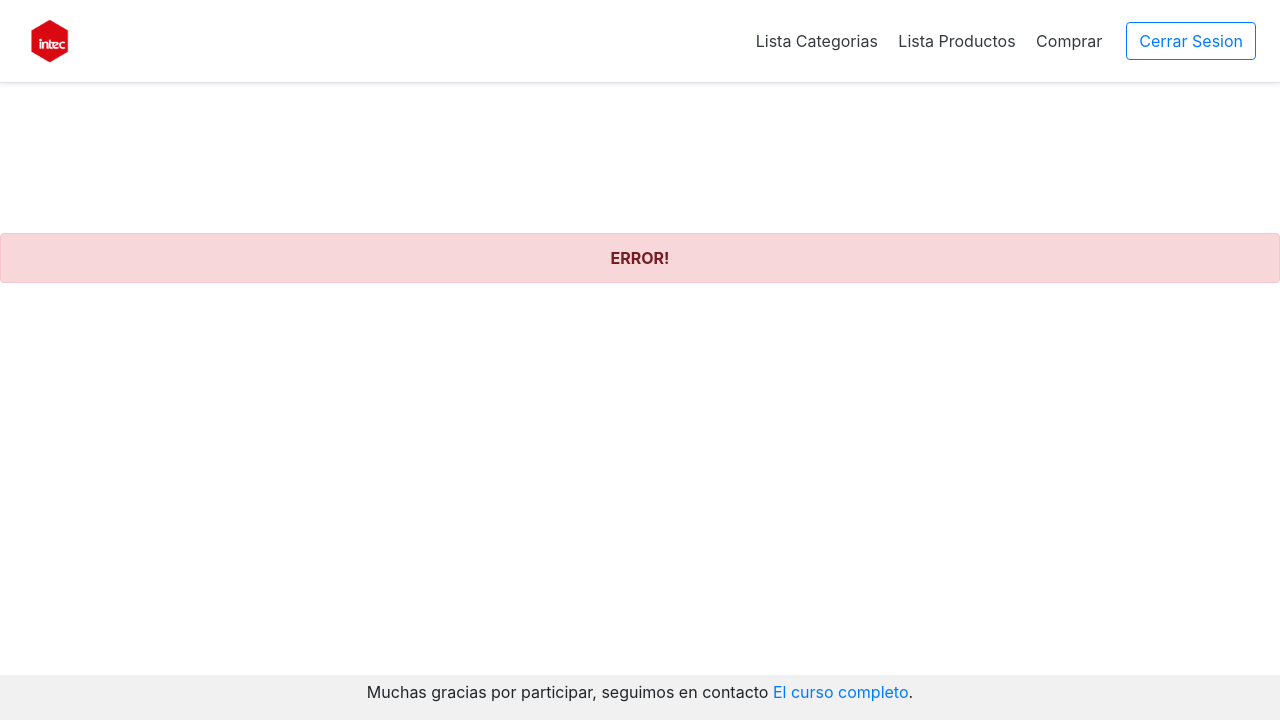
Repository: resttechsolutions/onlineStore
Page: home.html
These files come from the project's save history. The page is drawn as it stood at one moment and after the next save; the edit follows.
The browser window is 1280 px wide. The pictures show the whole page.

Above is the page before, as saved 2020-09-05 18:29:11.

### home.html
<!DOCTYPE html>
<html lang="en">
<head>
    <meta charset="UTF-8">
    <meta name="viewport" content="width=device-width, initial-scale=1.0">
    <title>HomePage</title>
    <link rel="stylesheet" href="Assets/Lib/Bootstrap/css/bootstrap.css">
    <link rel="stylesheet" href="Assets/Css/home.css">
</head>
<body>
    <div class="d-flex flex-column flex-md-row align-items-center p-3 px-md-4 mb-3 bg-white border-bottom shadow-sm">
        <h5 class="my-0 mr-md-auto font-weight-normal">
            <img src="Assets/Img/logo-intec.jpg" style="height:50px" alt="Avatar" class="avatar">
        </h5>
        <nav class="my-2 my-md-0 mr-md-3">
            <a class="p-2 text-dark" href="#">Lista Categorias</a>
            <a class="p-2 text-dark" href="#">Lista Productos</a>
            <a class="p-2 text-dark" href="#">Comprar</a>

        </nav>
        <a id="btn-cerrarSesion" class="btn btn-outline-primary" href="#">Cerrar Sesion</a>
    </div>

    <main role="main" class="text-center">
        <div id="divError" style="display: none" class="alert"></div>
        <div id="PageOk">
            <h1 class="cover-heading">Diplomado Páginas Web: HTML, CSS y JavaScript</h1>
            <p>Practica final de implementación de conocimientos adquiridos.</p>
            <p class="lead">
                <a href="#" class="btn btn-lg btn-success">Ver mas</a>
            </p>
        </div>
    </main>
    <footer>
        <p>Muchas gracias por participar, seguimos en contacto <a href="#">El curso completo</a>.</p>
    </footer>

    <script src="Assets/Lib/jQuery/jquery-3.5.1.min.js"></script>
    <script src="Assets/Js/home.js"></script>
</body>
</html>

### Assets/Css/home.css
main {
    margin-top: 150px;
}

footer {
   text-align: center;
   padding:5px 0 0 0;
    position: fixed;
    bottom: 0;
    left: 0;
    width: 100%;
    background-color:#f1f1f1
}

### Assets/Js/home.js
$(function(){
    if (localStorage.getItem('UserIsValid') != '1') {
        $('#PageOk').hide();
        $('#divError').show();

        //Add error Div Class
        $('#divError').addClass('alert-danger');

        //Write in to HTML Div
        $('#divError').html('<strong>ERROR!</strong>')
    }
});

$('#btn-cerrarSession').click(function (){
    localStorage.setItem('UserIsValid', 0);
    window.location.href = 'login.html';
})

Loaded but not shown: Assets/Lib/Bootstrap/css/bootstrap.css (library); Assets/Lib/jQuery/jquery-3.5.1.min.js (library)

After the next save:
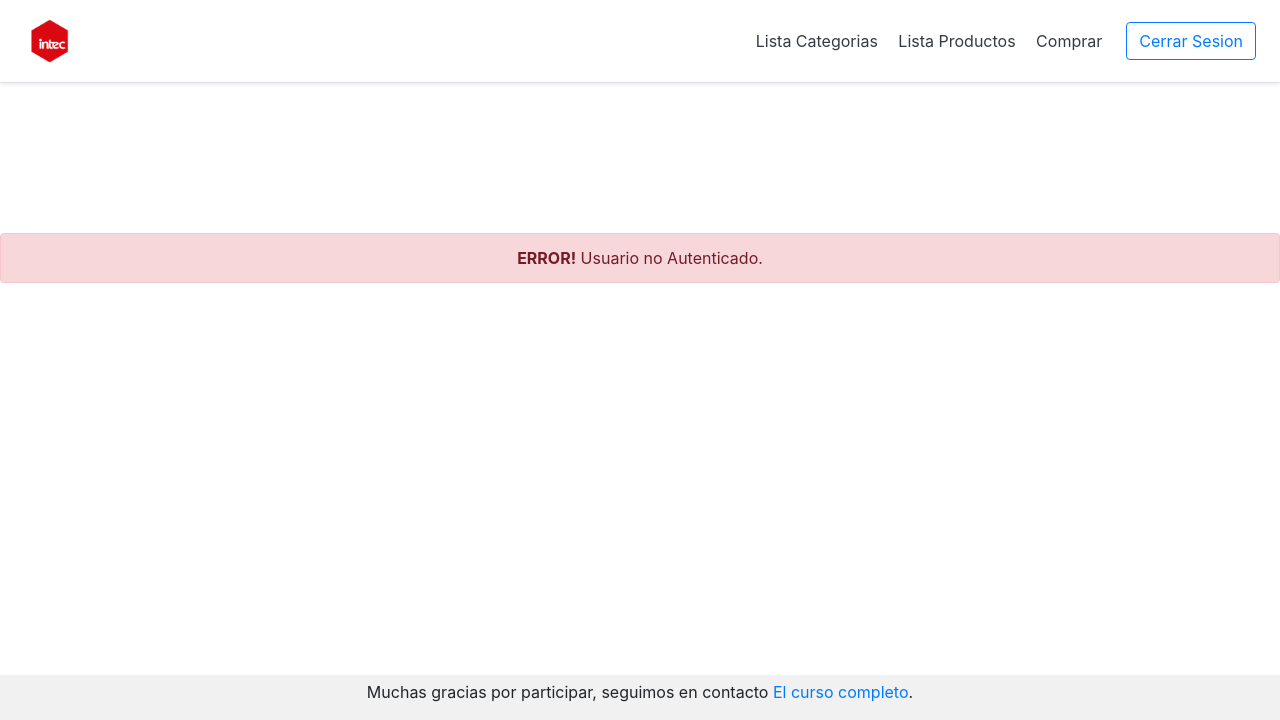
Saved 8 s later.
--- a/Assets/Js/home.js
+++ b/Assets/Js/home.js
@@ -7,7 +7,7 @@
         $('#divError').addClass('alert-danger');
 
         //Write in to HTML Div
-        $('#divError').html('<strong>ERROR!</strong>')
+        $('#divError').html('<strong>ERROR!</strong> Usuario no Autenticado.')
     }
 });
 
